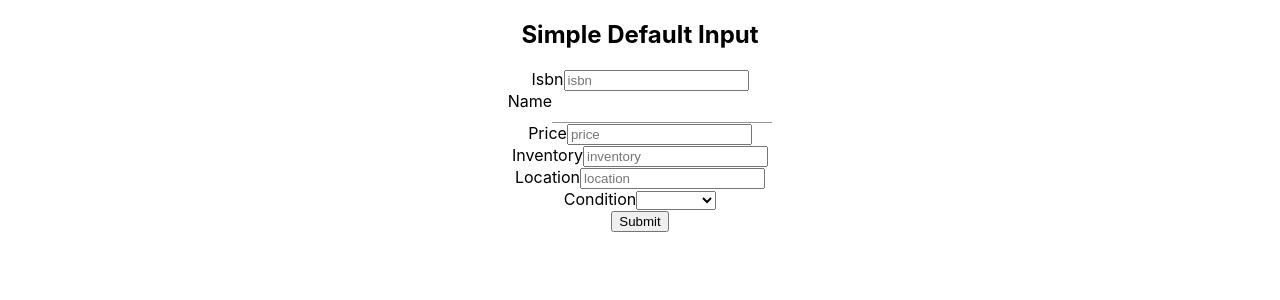
Repository: rishhabh-jain/isbndb
Page: /
The author's editor kept a copy of each file at every save. The page is drawn from the files as they stood at one save, then again after the next save.
The browser window is 1280 px wide. The pictures show the whole page.
The project was rebuilt for these pictures with package versions that can differ from the ones it lists, and the page was loaded fresh each time.

Above is the page before, as saved 2022-02-03 13:15:58.

After the next save:
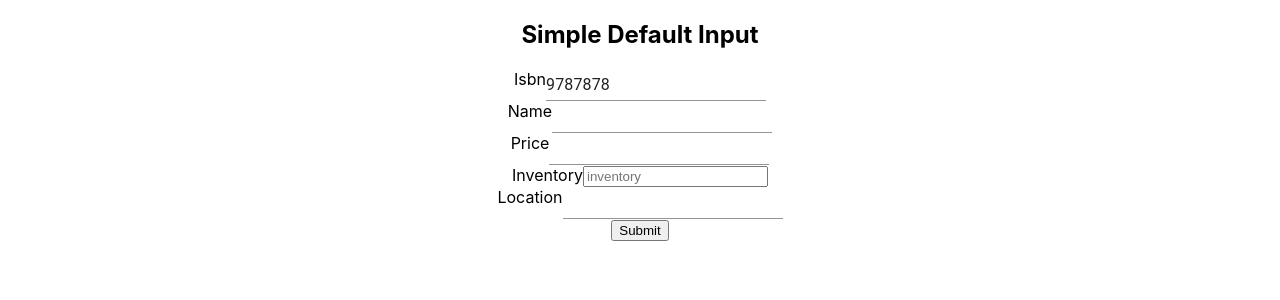
Saved 11 min 56 s later.
--- a/src/App.js
+++ b/src/App.js
@@ -12,6 +12,9 @@ function App() {
   const [binding, setBinding] = useState("");
   const [image, setImage] = useState("");
   const [title, setTitle] = useState("");
+  const [price, setPrice] = useState("");
+  const [location, setLocation] = useState("");
+  const [condition, setCondition] = useState("");
   axios.get('http://localhost:8080/' ,{headers : {
     "Access-Control-Allow-Origin": "*",
     "Access-Control-Allow-Methods": "GET,PUT,POST,DELETE,PATCH,OPTIONS"
@@ -28,9 +31,18 @@ function App() {
   .then(function () {
     console.log("this will be always displayed");
   });
-  const onChangee = (e) => {
+  const onTitleChange = (e) => {
     setTitle(e.target.value);
     console.log(title)
+  }
+  const onIsbnChange = (e) => {
+    setIsbn(e.target.value);
+  }
+  const onPriceChange = (e) => {
+    setPrice(e.target.value);
+  }
+  const onLocationChange = (e) => {
+    setLocation(e.target.value);
   }
   return (
     <div className="App">
@@ -43,19 +55,27 @@ function App() {
         src={image}/> */}
         <div>
           <label>Isbn</label>
-          <Field name="Isbn" component="input" placeholder="isbn" value={isbn}></Field>
+          <TextField
+          onChange={onIsbnChange}
+          name={isbn}
+          value={isbn}
+        />
         </div>
         <div>
           <label>Name</label>
           <TextField
-          onChange={onChangee}
+          onChange={onTitleChange}
         name={title}
         value={title}
       />
         </div>
         <div>
           <label>Price</label>
-          <Field name="price" component="input" placeholder="price" />
+          <TextField
+          onChange={onPriceChange}
+        name={price}
+        value={price}
+      />
         </div>
         <div>
           <label>Inventory</label>
@@ -63,18 +83,22 @@ function App() {
         </div>
         <div>
           <label>Location</label>
-          <Field name="location" component="input" placeholder="location" />
+          <TextField
+          onChange={onLocationChange}
+        name={location}
+        value={location}
+      />
         </div>
-        <div>
+        {/* <div>
           <label>Condition</label>
           <Field name="condition" component="select">
               <option />
-              <option value=" Good "> Good </option>
-              <option value=" Like new "> Like new </option>
-              <option value=" New"> New </option>
-              <option value="Readable"> Readable</option>
+              <option value={condition} onSelect={onCondition}> Good </option>
+              <option value={condition}> Like new </option>
+              <option value={condition}> New </option>
+              <option value={condition}> Readable</option>
             </Field>
-        </div>
+        </div> */}
 
         <button type="submit">Submit</button>
       </form>
